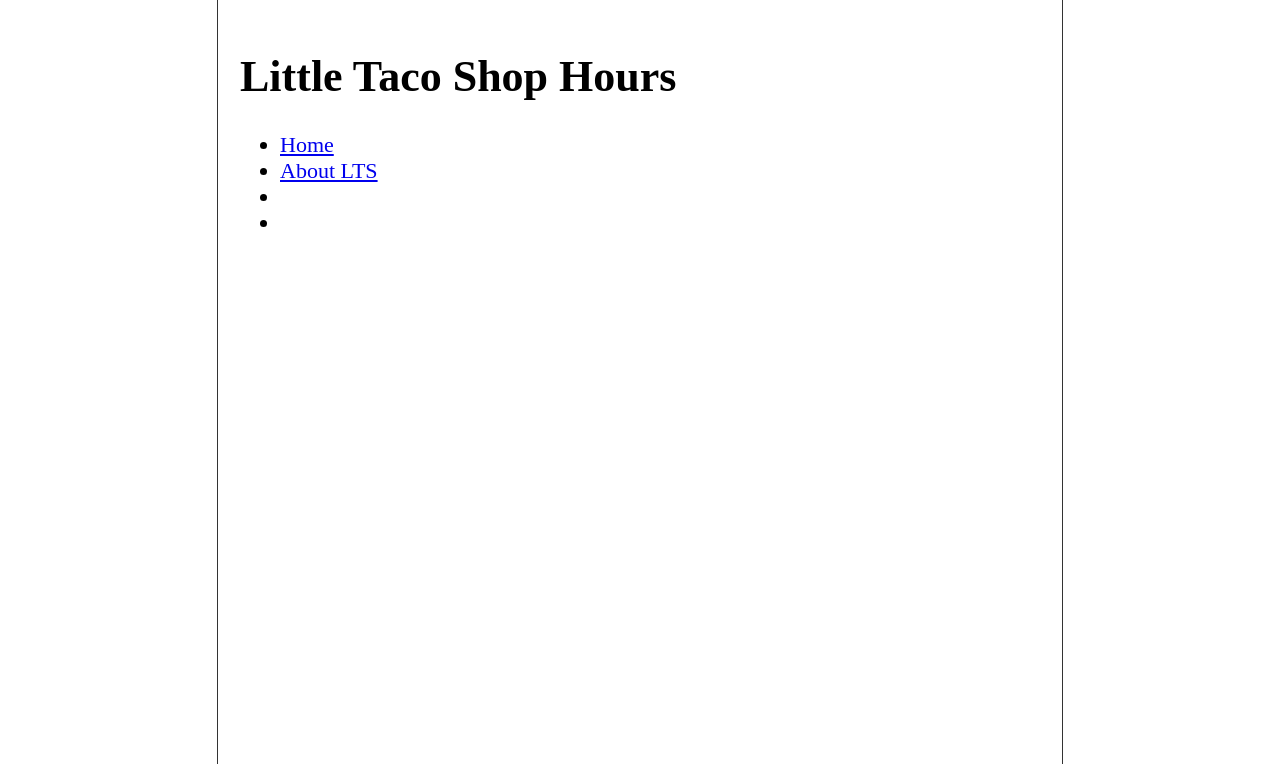
Repository: Israa-Odeh/html-basics-project
Page: hours.html
The author's editor kept a copy of each file at every save. The page is drawn from the files as they stood at one save, then again after a run of saves.
The browser window is 1280 px wide. The pictures show the whole page.

Above is the page before, as saved 2024-08-20 02:32:21.

### hours.html
<!DOCTYPE html>
<html lang="en">

<head>
    <meta charset="UTF-8">
    <meta name="author" content="Israa Odeh">
    <meta name="description"
        content="Little Taco Shop is open every day of the week. Come enjoy our tasty tacos and more during our convenient hours.">
    <title>Working Hours - LTS</title>
    <link rel="icon" href="favicon.ico" type="image/x-icon">
    <link rel="stylesheet" href="css/style.css">
</head>

<body>
    <header>
        <h1>Little Taco Shop Hours</h1>
        <nav>
            <ul>
                <li>
                    <a href="index.html">Home</a>
                </li>
                <li>
                    <a href="index.html/#about">About LTS</a>
                </li>
                <li>
                    <a href="index.html/#menu"></a>
                </li>
                <li></li>
            </ul>
        </nav>

    </header>

    <main>

    </main>

    <footer>

    </footer>

</body>

</html>

Loaded but not shown: css/style.css (common file)

After the next 3 saves:
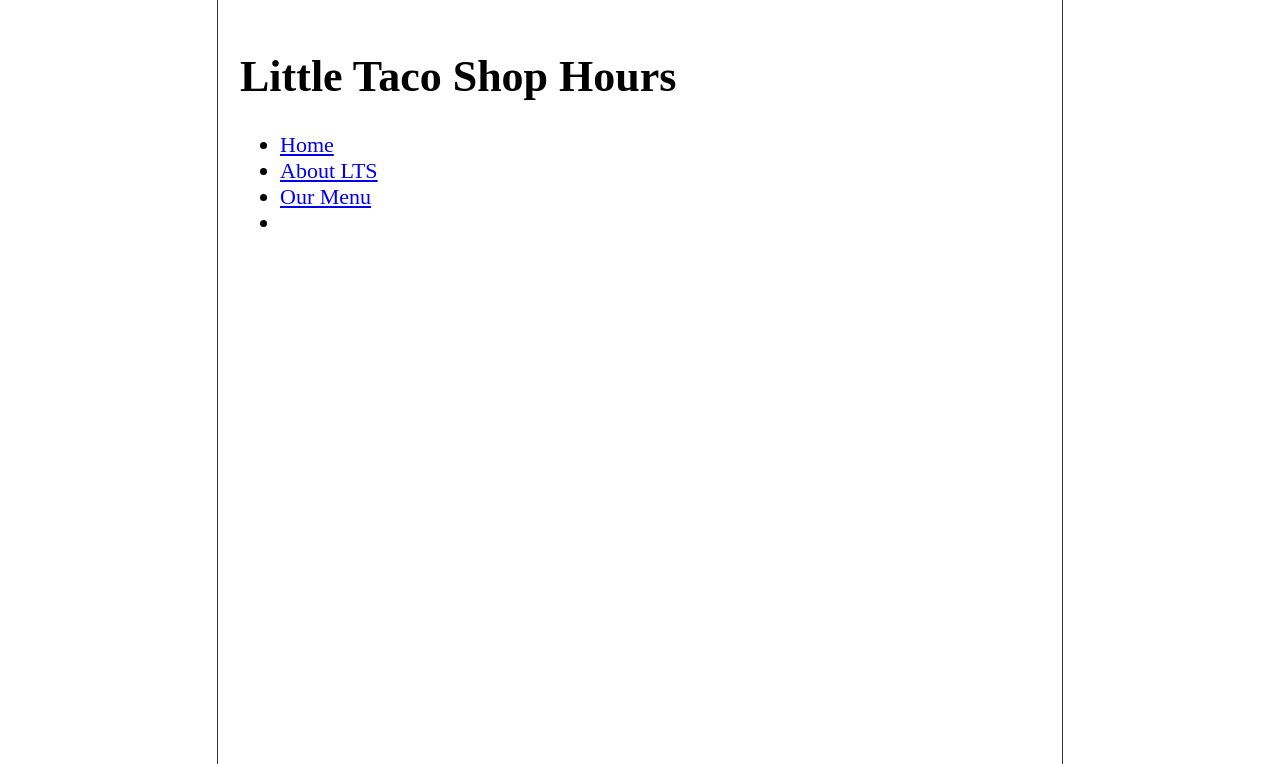
The 3 saves are shown as one change because they came seconds apart.
The last was saved 9 s later.
--- a/hours.html
+++ b/hours.html
@@ -23,9 +23,11 @@
                     <a href="index.html/#about">About LTS</a>
                 </li>
                 <li>
-                    <a href="index.html/#menu"></a>
+                    <a href="index.html/#menu">Our Menu</a>
                 </li>
-                <li></li>
+                <li>
+                    <a href=""></a>
+                </li>
             </ul>
         </nav>
 
